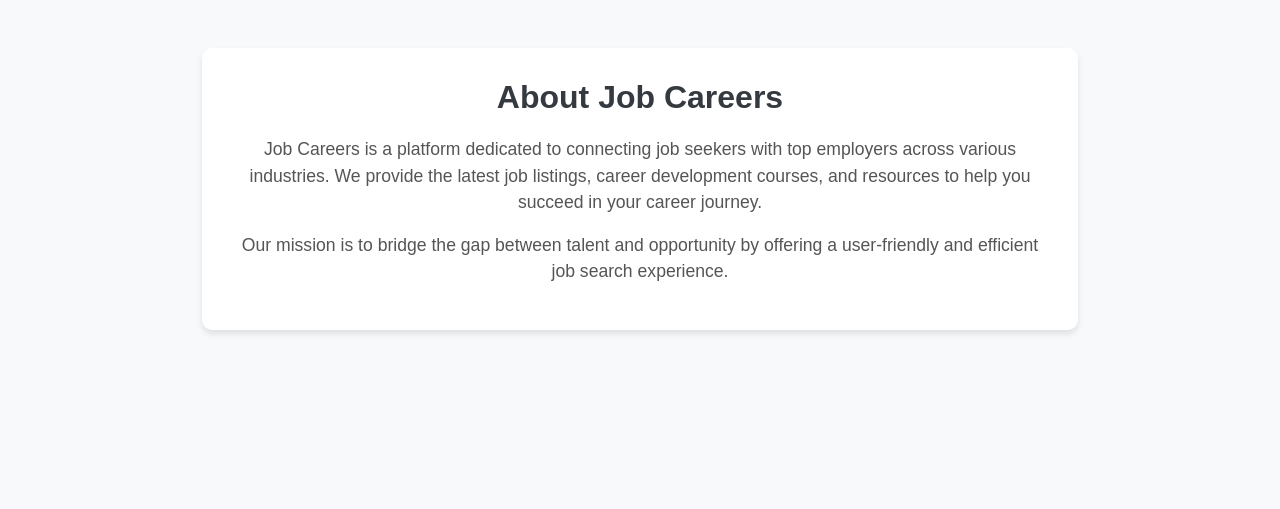
Repository: Sumit123sm/job-carrer-website
Page: http://localhost/about.html
An editor plug-in stored every save of this project. The page is shown before and after a run of saves, followed by the edit.
The browser window is 1280 px wide. The pictures show the whole page.
The page is served by the project's application, run on Flask 3 (app.py).

Above is the page before, as saved 2025-02-12 19:36:40.

After the next 2 saves:
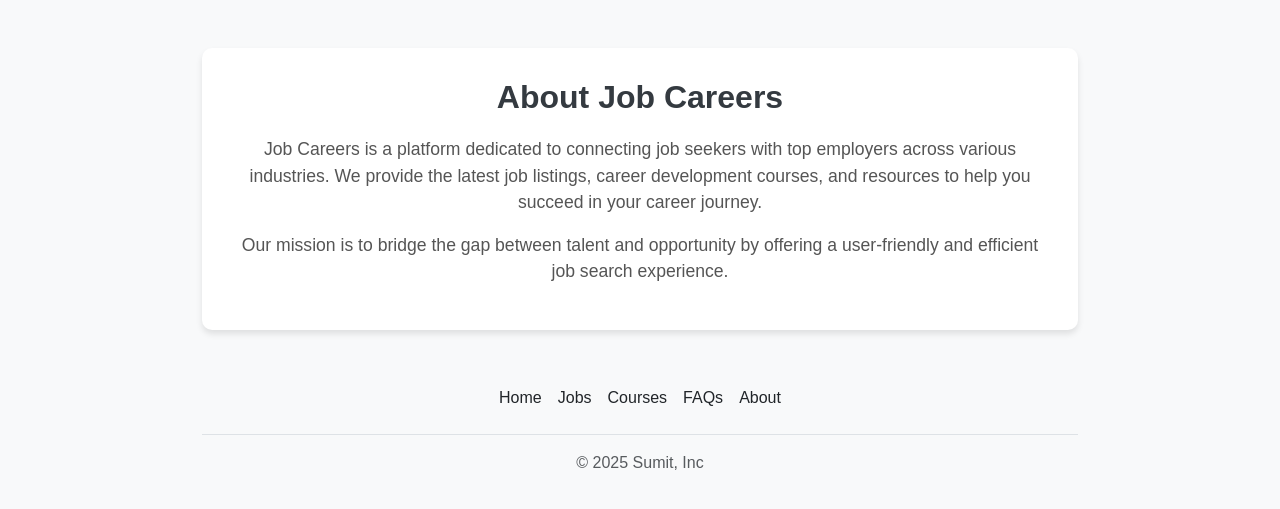
The 2 saves are shown as one change because they came seconds apart.
The last was saved 42 s later.
--- a/templates/about.html
+++ b/templates/about.html
@@ -41,6 +41,6 @@
         <p class="text-center">Our mission is to bridge the gap between talent and opportunity by offering a user-friendly and efficient job search experience.</p>
     </div>
 </section>
-
+{% include "footer.html" %}
 </body>
 </html>
